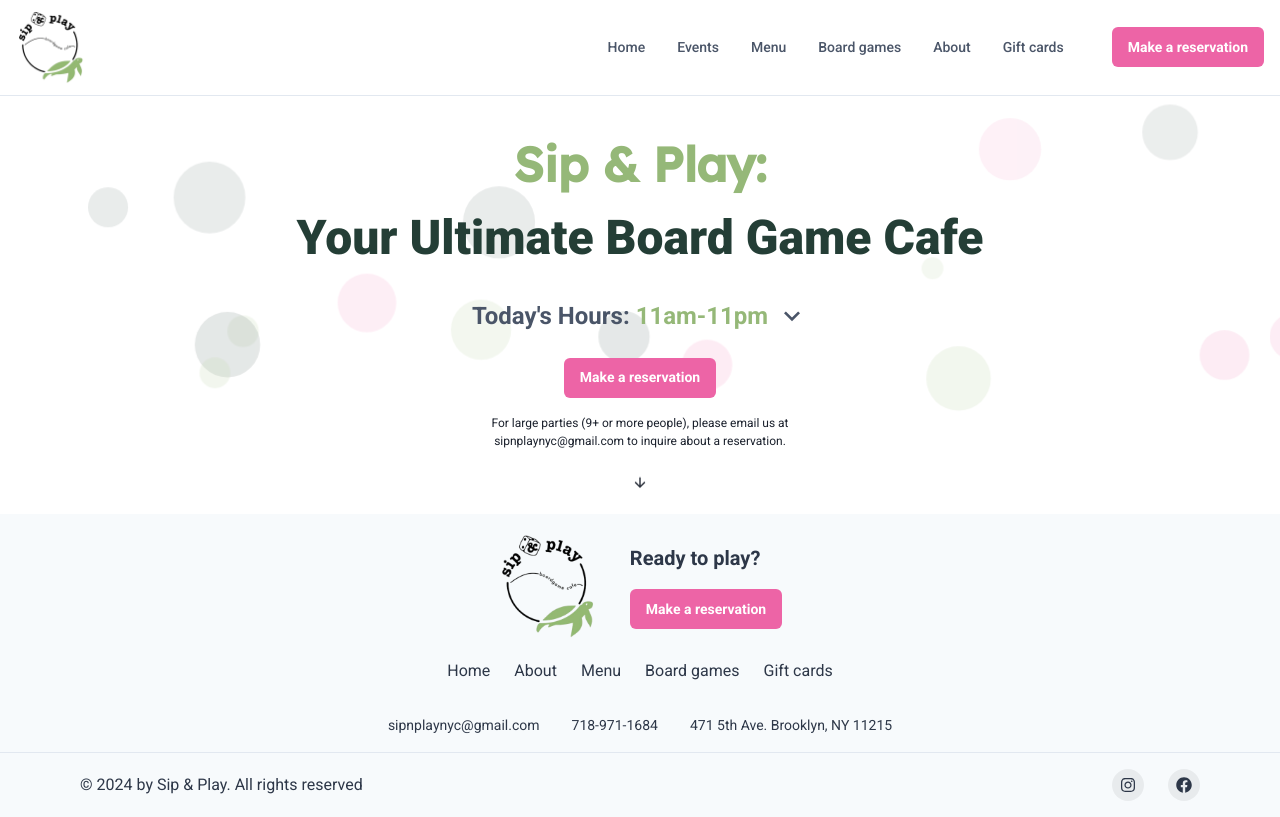
Repository: natespinetti/codedexsummerhackathon
Page: /
The author's editor kept a copy of each file at every save. The page is drawn from the files as they stood at one save, then again after the next save.
The browser window is 1280 px wide. The pictures show the whole page.
The project was rebuilt for these pictures with package versions that can differ from the ones it lists, and the page was loaded fresh each time. The framework's server and built-in components were replaced by stand-ins that run in the browser. Also part of the build but not shown: next.config.mjs.

Above is the page before, as saved 2024-07-11 16:41:40.

### app/layout.tsx
"use client";
import Head from "next/head";
import React from "react";
import Header from "./components/Header";
import Footer from "./components/Footer";
import { Providers } from "./components/Providers";

export default function RootLayout({
  children,
}: {
  children: React.ReactNode;
}) {
  return (
    <html lang="en">
      <Head>
        <title>Sip & Play</title>
        <meta name="description" content="Board games and boba!" />
        <meta name="viewport" content="width=device-width, initial-scale=1" />
        <link rel="icon" href="/favicons/favicon.ico" />
      </Head>
      <body>
        <Providers>
          <Header />
          <main>{children}</main>
          <Footer />
        </Providers>
      </body>
    </html>
  );
}

### app/page.tsx
import Image from "next/image";
import HomeHero from "./components/HomeHero";

export default function Home() {
  return (
    <>
      <HomeHero />
    </>
  );
}

### app/components/Header.tsx
"use client";

import {
  Box,
  Flex,
  Text,
  IconButton,
  Button,
  Stack,
  Collapse,
  Icon,
  Popover,
  PopoverTrigger,
  PopoverContent,
  useColorModeValue,
  useBreakpointValue,
  Image,
  useDisclosure,
} from "@chakra-ui/react";
import {
  HamburgerIcon,
  CloseIcon,
  ChevronDownIcon,
  ChevronRightIcon,
} from "@chakra-ui/icons";
import CurrentDayHours from "./CurrentDaysHours";

export default function Header() {
  const { isOpen, onToggle } = useDisclosure();

  return (
    <Box>
      <Flex
        bg={useColorModeValue("white", "gray.800")}
        color={useColorModeValue("gray.600", "white")}
        minH={"60px"}
        py={{ base: 2 }}
        px={{ base: 4 }}
        borderBottom={1}
        borderStyle={"solid"}
        borderColor={useColorModeValue("gray.200", "gray.900")}
        align={"center"}
      >
        <Flex
          flex={{ base: 1, md: "auto" }}
          ml={{ base: -2 }}
          display={{ base: "flex", md: "none" }}
        >
          <IconButton
            onClick={onToggle}
            icon={
              isOpen ? <CloseIcon w={3} h={3} /> : <HamburgerIcon w={5} h={5} />
            }
            variant={"ghost"}
            aria-label={"Toggle Navigation"}
          />
        </Flex>
        <Flex flex={{ base: 1 }} justify={{ base: "center", md: "start" }}>
          <Text
            textAlign={useBreakpointValue({ base: "center", md: "left" })}
            fontFamily={"heading"}
            color={useColorModeValue("gray.800", "white")}
          >
            <Image
              maxW="70px"
              src="/logos/sipnplay2.png"
              alt="Sip & Play Logo"
            />
          </Text>

          <Flex
            display={{ base: "none", md: "flex" }}
            mr={10}
            alignItems="center"
            ml="auto"
          >
            <DesktopNav />
          </Flex>
        </Flex>

        <Stack
          flex={{ base: 1, md: 0 }}
          justify={"flex-end"}
          direction={"row"}
          spacing={6}
        >
          <Button
            as={"a"}
            display={{ base: "none", md: "inline-flex" }}
            fontSize={"sm"}
            fontWeight={600}
            color={"white"}
            bg={"pink.400"}
            href={"https://www.exploretock.com/sipnplay/"}
            target="_blank"
            _hover={{
              bg: "pink.300",
            }}
          >
            Make a reservation
          </Button>
        </Stack>
      </Flex>

      <Collapse in={isOpen} animateOpacity>
        <MobileNav />
      </Collapse>
    </Box>
  );
}

const DesktopNav = () => {
  const linkColor = useColorModeValue("gray.600", "gray.200");
  const linkHoverColor = useColorModeValue("gray.800", "white");
  const popoverContentBgColor = useColorModeValue("white", "gray.800");

  return (
    <Stack direction={"row"} spacing={4}>
      {NAV_ITEMS.map((navItem) => (
        <Box key={navItem.label}>
          <Popover trigger={"hover"} placement={"bottom-start"}>
            <PopoverTrigger>
              <Box
                as="a"
                p={2}
                href={navItem.href ?? "#"}
                fontSize={"sm"}
                fontWeight={500}
                color={linkColor}
                _hover={{
                  textDecoration: "none",
                  color: linkHoverColor,
                }}
              >
                {navItem.label}
              </Box>
            </PopoverTrigger>

            {navItem.children && (
              <PopoverContent
                border={0}
                boxShadow={"xl"}
                bg={popoverContentBgColor}
                p={4}
                rounded={"xl"}
                minW={"sm"}
              >
                <Stack>
                  {navItem.children.map((child) => (
                    <DesktopSubNav key={child.label} {...child} />
                  ))}
                </Stack>
              </PopoverContent>
            )}
          </Popover>
        </Box>
      ))}
    </Stack>
  );
};

const DesktopSubNav = ({ label, href, subLabel }: NavItem) => {
  return (
    <Box
      as="a"
      href={href}
      role={"group"}
      display={"block"}
      p={2}
      rounded={"md"}
      _hover={{ bg: useColorModeValue("pink.50", "gray.900") }}
    >
      <Stack direction={"row"} align={"center"}>
        <Box>
          <Text
            transition={"all .3s ease"}
            _groupHover={{ color: "pink.400" }}
            fontWeight={500}
          >
            {label}
          </Text>
          <Text fontSize={"sm"}>{subLabel}</Text>
        </Box>
        <Flex
          transition={"all .3s ease"}
          transform={"translateX(-10px)"}
          opacity={0}
          _groupHover={{ opacity: "100%", transform: "translateX(0)" }}
          justify={"flex-end"}
          align={"center"}
          flex={1}
        >
          <Icon color={"pink.400"} w={5} h={5} as={ChevronRightIcon} />
        </Flex>
      </Stack>
    </Box>
  );
};

const MobileNav = () => {
  return (
    <Stack
      bg={useColorModeValue("white", "gray.800")}
      p={4}
      display={{ md: "none" }}
    >
      {NAV_ITEMS.map((navItem) => (
        <MobileNavItem key={navItem.label} {...navItem} />
      ))}
    </Stack>
  );
};

const MobileNavItem = ({ label, children, href }: NavItem) => {
  const { isOpen, onToggle } = useDisclosure();

  return (
    <Stack spacing={4} onClick={children && onToggle}>
      <Box
        py={2}
        as="a"
        href={href ?? "#"}
        justifyContent="space-between"
        alignItems="center"
        _hover={{
          textDecoration: "none",
        }}
      >
        <Text
          fontWeight={600}
          color={useColorModeValue("gray.600", "gray.200")}
        >
          {label}
        </Text>
        {children && (
          <Icon
            as={ChevronDownIcon}
            transition={"all .25s ease-in-out"}
            transform={isOpen ? "rotate(180deg)" : ""}
            w={6}
            h={6}
          />
        )}
      </Box>

      <Collapse in={isOpen} animateOpacity style={{ marginTop: "0!important" }}>
        <Stack
          mt={2}
          pl={4}
          borderLeft={1}
          borderStyle={"solid"}
          borderColor={useColorModeValue("gray.200", "gray.700")}
          align={"start"}
        >
          {children &&
            children.map((child) => (
              <Box as="a" key={child.label} py={2} href={child.href}>
                {child.label}
              </Box>
            ))}
        </Stack>
      </Collapse>
    </Stack>
  );
};

interface NavItem {
  label: string;
  subLabel?: string;
  children?: Array<NavItem>;
  href?: string;
}

const NAV_ITEMS: Array<NavItem> = [
  {
    label: "Home",
    href: "/",
  },
  {
    label: "Events ",
    href: "/",
  },
  {
    label: "Menu",
    children: [
      {
        label: "Coffee",
        subLabel: "Hot and iced coffee options",
        href: "#",
      },
      {
        label: "Specialty drinks",
        subLabel: "Spice it up with flavors and teas",
        href: "#",
      },
      {
        label: "Boba",
        subLabel: "Who doesn't love boba?",
        href: "#",
      },
      {
        label: "Hot bites",
        subLabel: "Some snacks while you play",
        href: "#",
      },
      {
        label: "Sandwiches & salads",
        subLabel: "Need something more? This is the place",
        href: "#",
      },
      {
        label: "Seasonal specials",
        subLabel: "Bevs to fit the season",
        href: "#",
      },
      {
        label: "Beer/wine",
        subLabel: "Rotating menu from local breweries",
        href: "#",
      },
    ],
  },
  {
    label: "Board games",
    href: "#",
  },
  {
    label: "About",
    children: [
      {
        label: "Our story",
        subLabel: "Where it all started",
        href: "#",
      },
      {
        label: "Feedback",
        subLabel: "Let us know what you think",
        href: "#",
      },
    ],
  },
  {
    label: "Gift cards",
    href: "#",
  },
];

### app/components/Footer.tsx
"use client";

import {
  Box,
  chakra,
  Container,
  Stack,
  Text,
  useColorModeValue,
  Button,
  Image,
  VisuallyHidden,
} from "@chakra-ui/react";
import { FaInstagram, FaTwitter, FaYoutube, FaFacebook } from "react-icons/fa";
import { ReactNode } from "react";

const SocialButton = ({
  children,
  label,
  href,
}: {
  children: ReactNode;
  label: string;
  href: string;
}) => {
  return (
    <chakra.button
      bg={useColorModeValue("blackAlpha.100", "whiteAlpha.100")}
      rounded={"full"}
      w={8}
      h={8}
      cursor={"pointer"}
      as={"a"}
      href={href}
      display={"inline-flex"}
      alignItems={"center"}
      justifyContent={"center"}
      transition={"background 0.3s ease"}
      _hover={{
        bg: useColorModeValue("blackAlpha.200", "whiteAlpha.200"),
      }}
    >
      <VisuallyHidden>{label}</VisuallyHidden>
      {children}
    </chakra.button>
  );
};

export default function Footer() {
  return (
    <>
      {/* <iframe
        src="https://www.google.com/maps/embed?pb=!1m19!1m8!1m3!1d48423.28708097213!2d-73.98076851318362!3d40.66393288184943!3m2!1i1024!2i768!4f13.1!4m8!3e0!4m0!4m5!1s0x89c25b963c296a77%3A0x33cab105836ef465!2sSip%20%26%20Play%2C%20471%205th%20Ave%2C%20Brooklyn%2C%20NY%2011215!3m2!1d40.668128599999996!2d-73.9869454!5e0!3m2!1sen!2sus!4v1720729656891!5m2!1sen!2sus"
        width="100%"
        height="200"
        style={{ border: 0 }}
        loading="lazy"
        referrerPolicy="no-referrer-when-downgrade"
      ></iframe> */}
      <Box
        bg={useColorModeValue("gray.50", "gray.900")}
        color={useColorModeValue("gray.700", "gray.200")}
      >
        <Container
          as={Stack}
          maxW={"6xl"}
          py={4}
          spacing={4}
          justify={"center"}
          align={"center"}
        >
          <Box display="flex" flexDir="row" alignItems="center" gridGap="2rem">
            <Image
              maxW="100px"
              src="/logos/sipnplay2.png"
              alt="Sip & Play Logo"
            />
            <Box>
              <Text fontWeight={700} fontSize="20px" pb="1rem">
                Ready to play?
              </Text>
              <Button
                as={"a"}
                display={{ base: "none", md: "inline-flex" }}
                fontSize={"sm"}
                fontWeight={600}
                color={"white"}
                bg={"pink.400"}
                href={"https://www.exploretock.com/sipnplay/"}
                target="_blank"
                _hover={{
                  bg: "pink.300",
                }}
              >
                Make a reservation
              </Button>
            </Box>
          </Box>
          <Stack direction={"row"} spacing={6}>
            <Box as="a" href={"#"}>
              Home
            </Box>
            <Box as="a" href={"#"}>
              About
            </Box>
            <Box as="a" href={"#"}>
              Menu
            </Box>
            <Box as="a" href={"#"}>
              Board games
            </Box>
            <Box as="a" href={"#"}>
              Gift cards
            </Box>
          </Stack>
          <Box
            display="flex"
            flexDir="row"
            gridGap="2rem"
            fontSize="14px"
            mt="1rem"
          >
            <Text as="a" href={"mailto:sipnplaynyc@gmail.com"}>
              sipnplaynyc@gmail.com
            </Text>
            <Text as="a" href={"tel:718-971-1684"}>
              718-971-1684
            </Text>
            <Text
              as="a"
              target="_blank"
              href={
                "https://www.google.com/maps/dir//471+5th+Ave,+Brooklyn,+NY+11215/@40.6680993,-74.0693463,12z/data=!4m8!4m7!1m0!1m5!1m1!1s0x89c25b963c296a77:0x33cab105836ef465!2m2!1d-73.9869454!2d40.6681286?entry=ttu"
              }
            >
              471 5th Ave. Brooklyn, NY 11215
            </Text>
          </Box>
        </Container>

        <Box
          borderTopWidth={1}
          borderStyle={"solid"}
          borderColor={useColorModeValue("gray.200", "gray.700")}
        >
          <Container
            as={Stack}
            maxW={"6xl"}
            py={4}
            direction={{ base: "column", md: "row" }}
            spacing={4}
            justify={{ base: "center", md: "space-between" }}
            align={{ base: "center", md: "center" }}
          >
            <Text>© 2024 by Sip & Play. All rights reserved</Text>
            <Stack direction={"row"} spacing={6}>
              <SocialButton
                label={"Instagram"}
                href={"https://www.instagram.com/sipnplaynyc/?hl=en"}
              >
                <FaInstagram />
              </SocialButton>
              <SocialButton
                label={"Facebook"}
                href={"https://www.facebook.com/sipnplaynyc/"}
              >
                <FaFacebook />
              </SocialButton>
            </Stack>
          </Container>
        </Box>
      </Box>
    </>
  );
}

### app/components/Providers.tsx
import { SPTheme } from "@/ui/theme/theme";
import { ChakraProvider } from "@chakra-ui/react";
import { ReactNode } from "react";

export function Providers({ children }: { children: ReactNode }) {
  return <ChakraProvider theme={SPTheme}>{children}</ChakraProvider>;
}

### app/components/HomeHero.tsx
"use client";
import { Box, Text, Button, keyframes } from "@chakra-ui/react";
import CurrentDayHours from "./CurrentDaysHours";
import {
  HamburgerIcon,
  CloseIcon,
  ChevronDownIcon,
  ArrowDownIcon,
} from "@chakra-ui/icons";

const bubbleAnimation = keyframes`
  0% {
    transform: translateY(100px) scale(1);
    opacity: 1;
  }
  100% {
    transform: translateY(-1000px) scale(1.5);
    opacity: 0;
  }
`;

const upDownAnimation = keyframes`
  0% {
    transform: translateY(0);
  }
  50% {
    transform: translateY(10px);
  }
  100% {
    transform: translateY(0px);
  }
`;

const bubbles = new Array(20).fill(0).map((_, index) => ({
  id: index,
  size: Math.random() * 3 + 1,
  left: Math.random() * 100,
  animationDuration: Math.random() * 20 + 10,
  animationDelay: Math.random() * 100,
}));

export default function HomeHero() {
  return (
    <>
      <Box position="relative" overflow="hidden" h="100%" w="100%">
        {bubbles.map((bubble, index) => (
          <Box
            key={bubble.id}
            position="absolute"
            bottom="0"
            left={`${bubble.left}%`}
            width={`${bubble.size}rem`}
            height={`${bubble.size}rem`}
            bg={
              index % 3 === 0
                ? "rgba(148, 185, 115, 0.3)"
                : index % 3 === 1
                ? "rgba(36, 62, 54, 0.3)"
                : "rgba(237, 100, 166, 0.3)"
            }
            borderRadius="50%"
            animation={`${bubbleAnimation} ${bubble.animationDuration}s linear infinite`}
            transitionDelay={`${bubble.animationDelay}s`}
          />
        ))}
        <Box
          position="relative"
          w="100vw"
          p="2rem"
          display="flex"
          flexDir="column"
          justifyItems="center"
          alignItems="center"
          gridGap="1rem"
          bg="rgba(255, 255, 255, 0.5)"
        >
          <Text
            as="h1"
            fontFamily="body"
            fontWeight="900"
            fontSize="3rem"
            color="#243E36"
            textAlign="center"
          >
            <Text
              as="span"
              color="#95b878"
              fontWeight="900"
              fontFamily="heading"
              fontSize="3rem"
            >
              Sip & Play:
              <br />
            </Text>
            Your Ultimate Board Game Cafe
          </Text>
          <CurrentDayHours />
          <Button
            as={"a"}
            display={{ base: "none", md: "inline-flex" }}
            fontSize={"sm"}
            fontWeight={600}
            color={"white"}
            bg={"pink.400"}
            href={"https://www.exploretock.com/sipnplay/"}
            target="_blank"
            _hover={{
              bg: "pink.300",
            }}
          >
            Make a reservation
          </Button>

          <Text
            fontSize="12px"
            w={{ base: "100%", md: "30%" }}
            textAlign="center"
          >
            For large parties (9+ or more people), please email us at{" "}
            <Text as="a" href="mailto:sipnplaynyc@gmail.com">
              sipnplaynyc@gmail.com
            </Text>{" "}
            to inquire about a reservation.
          </Text>
          <ArrowDownIcon
            fontSize="1rem"
            animation={`${upDownAnimation} 4s ease-in-out infinite`}
          />
        </Box>
      </Box>
    </>
  );
}

### ui/theme/theme.tsx
import { extendTheme } from "@chakra-ui/react";
import { fonts } from "./fonts";

const overrides = {
  fonts,
};

export const SPTheme = extendTheme(overrides);

### app/components/CurrentDaysHours.tsx
import React, { useState } from "react";
import { Box, Text, useColorModeValue, useDisclosure } from "@chakra-ui/react";
import {
  Popover,
  PopoverTrigger,
  PopoverContent,
  PopoverHeader,
  PopoverBody,
  PopoverFooter,
  PopoverArrow,
  PopoverCloseButton,
  Button,
  PopoverAnchor,
} from "@chakra-ui/react";
import {
  HamburgerIcon,
  CloseIcon,
  ChevronDownIcon,
  ChevronRightIcon,
} from "@chakra-ui/icons";

const openingHours: { [key: number]: string } = {
  0: "10am-11pm", //Sunday
  1: "11am-11pm", // Monday
  2: "11am-11pm", // Tuesday
  3: "11am-11pm", // Wednesday
  4: "11am-11pm", // Thursday
  5: "11am-12am", // Friday
  6: "10am-12am", // Saturday
};

export default function CurrentDayHours() {
  const { isOpen, onOpen, onClose } = useDisclosure();

  const currentDay = new Date().getDay();
  const hours = openingHours[currentDay];
  const linkColor = useColorModeValue("gray.600", "gray.200");
  const linkHoverColor = useColorModeValue("gray.800", "white");
  const popoverContentBgColor = useColorModeValue("white", "gray.800");
  const handleItemClick = () => {
    if (isOpen) {
      onClose();
    } else {
      onOpen();
    }
  };
  return (
    <Box textAlign="center" fontSize="16px">
      <Popover
        trigger={"hover"}
        placement={"bottom-start"}
        isOpen={isOpen}
        onOpen={onOpen}
        onClose={onClose}
      >
        <PopoverTrigger>
          <Box
            p={2}
            fontSize={"sm"}
            fontWeight={500}
            color={linkColor}
            _hover={{
              textDecoration: "none",
              color: linkHoverColor,
            }}
          >
            <Box
              display="flex"
              flexDir="row"
              gridGap=".5rem"
              alignItems="center"
              onClick={handleItemClick}
            >
              <Text fontWeight="bold" fontSize="1.5rem" cursor="pointer">
                Today's Hours:{" "}
                <Text color="#95b878" as="span">
                  {hours}
                </Text>
              </Text>
              <ChevronDownIcon
                fontSize="2rem"
                transform={isOpen ? "rotate(180deg)" : "rotate(0deg)"}
                transition="transform 0.2s"
              />
            </Box>
          </Box>
        </PopoverTrigger>

        <PopoverContent
          border={0}
          boxShadow={"xl"}
          bg={popoverContentBgColor}
          p={4}
          rounded={"xl"}
          minW={"sm"}
        >
          <Box display="flex" flexDir="column" textAlign="left">
            <Text fontWeight="bold">
              Sunday:{" "}
              <Text color="#95b878" as="span">
                10am-11pm
              </Text>
            </Text>
            <Text fontWeight="bold">
              Monday:{" "}
              <Text color="#95b878" as="span">
                11am-11pm
              </Text>
            </Text>
            <Text fontWeight="bold">
              Tuesday:{" "}
              <Text color="#95b878" as="span">
                11am-11pm
              </Text>
            </Text>
            <Text fontWeight="bold">
              Wednesday:{" "}
              <Text color="#95b878" as="span">
                11am-11pm
              </Text>
            </Text>
            <Text fontWeight="bold">
              Thursday:{" "}
              <Text color="#95b878" as="span">
                11am-11pm
              </Text>
            </Text>
            <Text fontWeight="bold">
              Friday:{" "}
              <Text color="#95b878" as="span">
                11am-12am
              </Text>
            </Text>
            <Text fontWeight="bold">
              Saturday:{" "}
              <Text color="#95b878" as="span">
                10am-12am
              </Text>
            </Text>
          </Box>
        </PopoverContent>
      </Popover>
    </Box>
  );
}

### ui/theme/fonts.tsx
import { Roboto, Lexend } from "next/font/google";

const roboto = Roboto({
  subsets: ["latin"],
  display: "swap",
  weight: ["100", "300", "400", "500", "700", "900"],
  style: ["normal", "italic"],
});

const lexend = Lexend({
  subsets: ["latin"],
  display: "swap",
  weight: ["300", "400", "500"],
  style: ["normal"],
});

export const fonts = {
  heading: lexend.style.fontFamily,
  body: roboto.style.fontFamily,
};

After the next save:
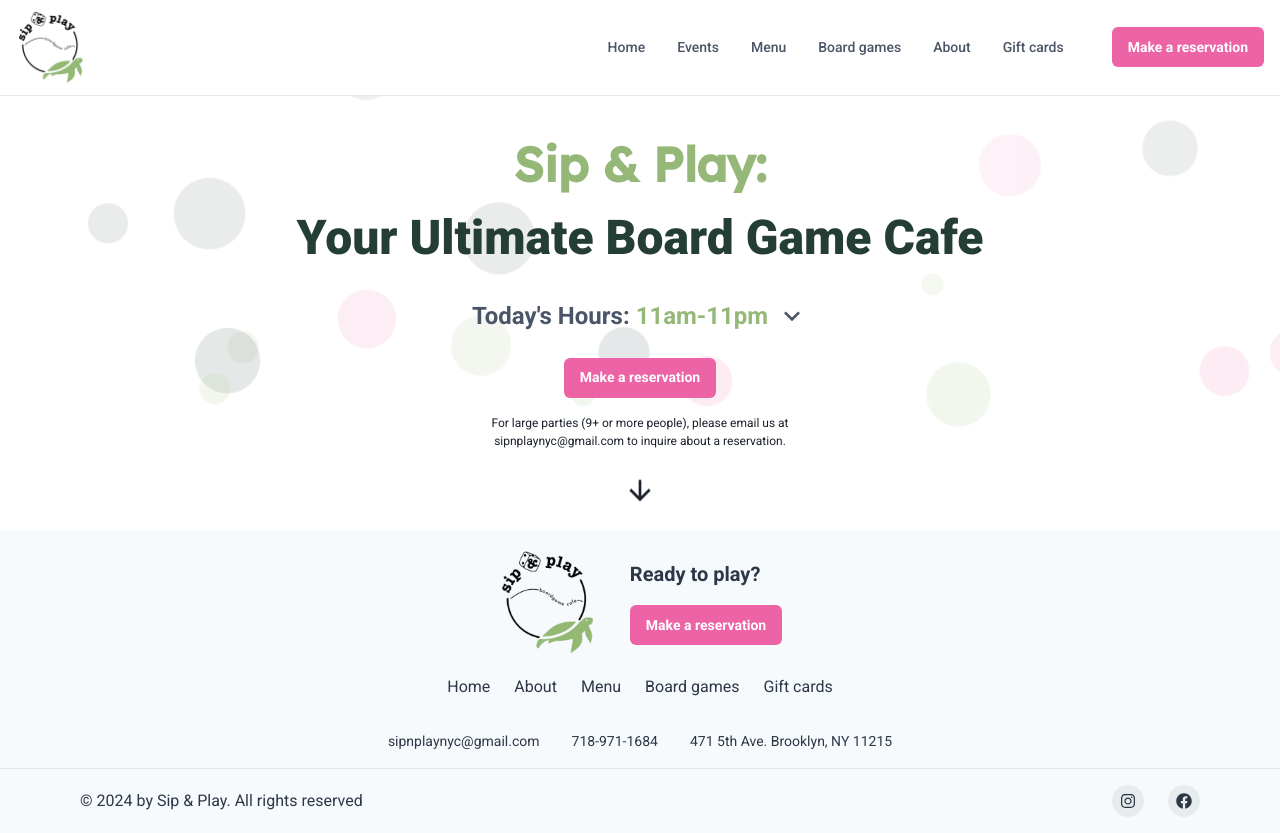
Saved 4 s later.
--- a/app/components/HomeHero.tsx
+++ b/app/components/HomeHero.tsx
@@ -123,7 +123,7 @@
             to inquire about a reservation.
           </Text>
           <ArrowDownIcon
-            fontSize="1rem"
+            fontSize="2rem"
             animation={`${upDownAnimation} 4s ease-in-out infinite`}
           />
         </Box>
